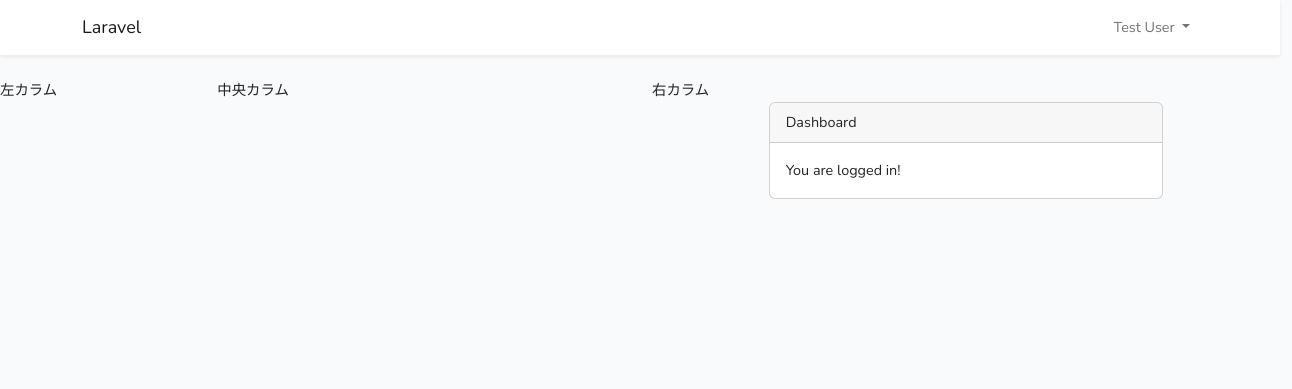
Repository: OkunoTaichi/laravel-simple-memo
Page: http://localhost/home
The author's editor kept a copy of each file at every save. The page is drawn from the files as they stood at one save, then again after a run of saves.
The browser window is 1280 px wide. The page is 1292 px wide, so the pictures cover 1292 px, including what lies to the right of the window. The pictures show the whole page.
The page is served by the project's Laravel application, run on PHP 8.4 with Laravel 8. A made-up administrator, Test User (test@example.com), is signed in. Queries for data that is not in the repository find no rows.

Above is the page before, as saved 2022-11-09 18:40:50.

After the next 2 saves:
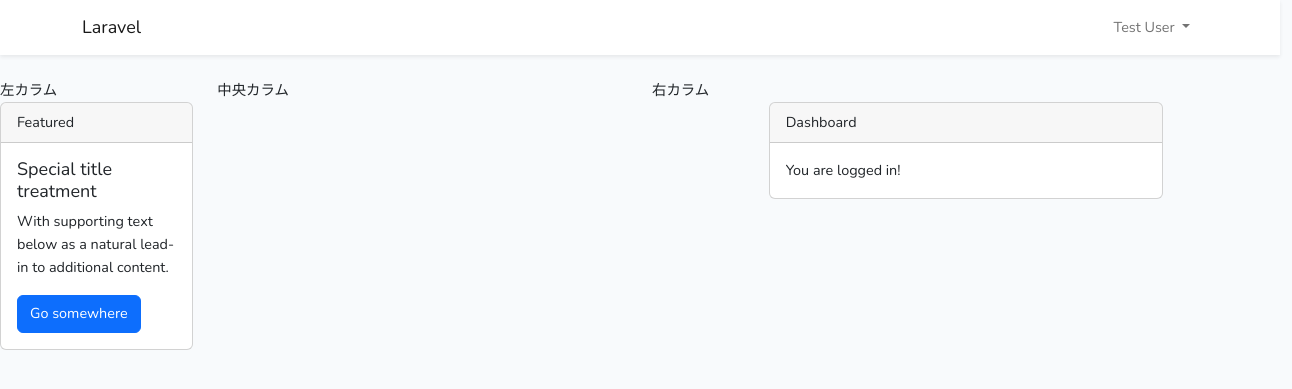
The 2 saves are shown as one change because they came seconds apart.
The last was saved 49 s later.
--- a/resources/views/layouts/app.blade.php
+++ b/resources/views/layouts/app.blade.php
@@ -80,6 +80,16 @@
             <div class="row">
                 <div class="col-md-2">
                     左カラム
+                    <div class="card">
+  <div class="card-header">
+    Featured
+  </div>
+  <div class="card-body">
+    <h5 class="card-title">Special title treatment</h5>
+    <p class="card-text">With supporting text below as a natural lead-in to additional content.</p>
+    <a href="#" class="btn btn-primary">Go somewhere</a>
+  </div>
+</div>
 
                 </div>
                 <div class="col-md-4">中央カラム</div>
